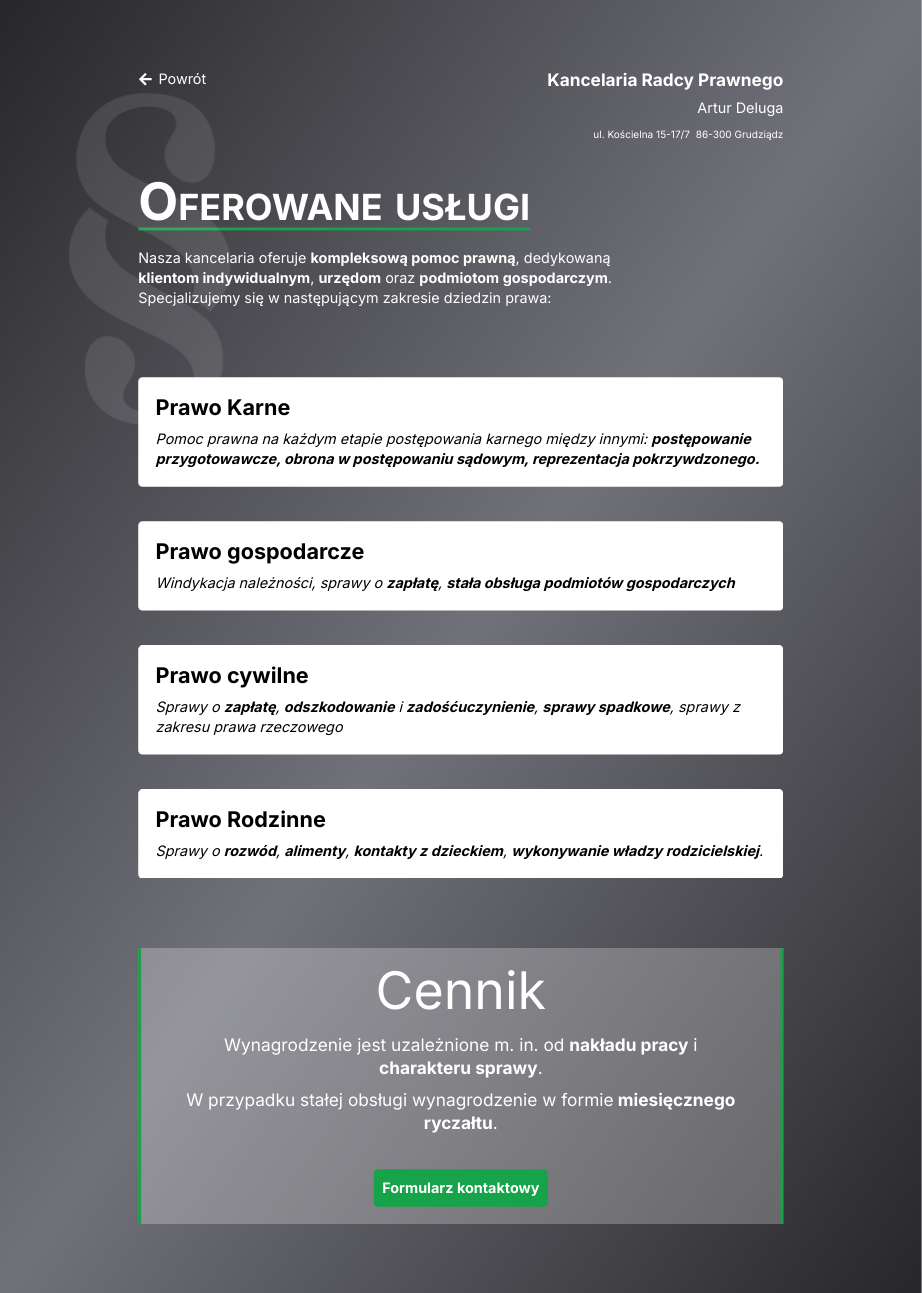
Repository: wesiudev/kancelaria-artur-deluga
Page: /oferta
An editor plug-in stored every save of this project. The page is shown before and after the next save, followed by the edit.
The browser window is 1280 px wide. The pictures show the whole page, at 72% of full size.
The project was rebuilt for these pictures with package versions that can differ from the ones it lists, and the page was loaded fresh each time. The framework's server and built-in components were replaced by stand-ins that run in the browser. Also part of the build but not shown: next.config.js.

Above is the page before, as saved 2023-08-09 17:13:56.

After the next save:
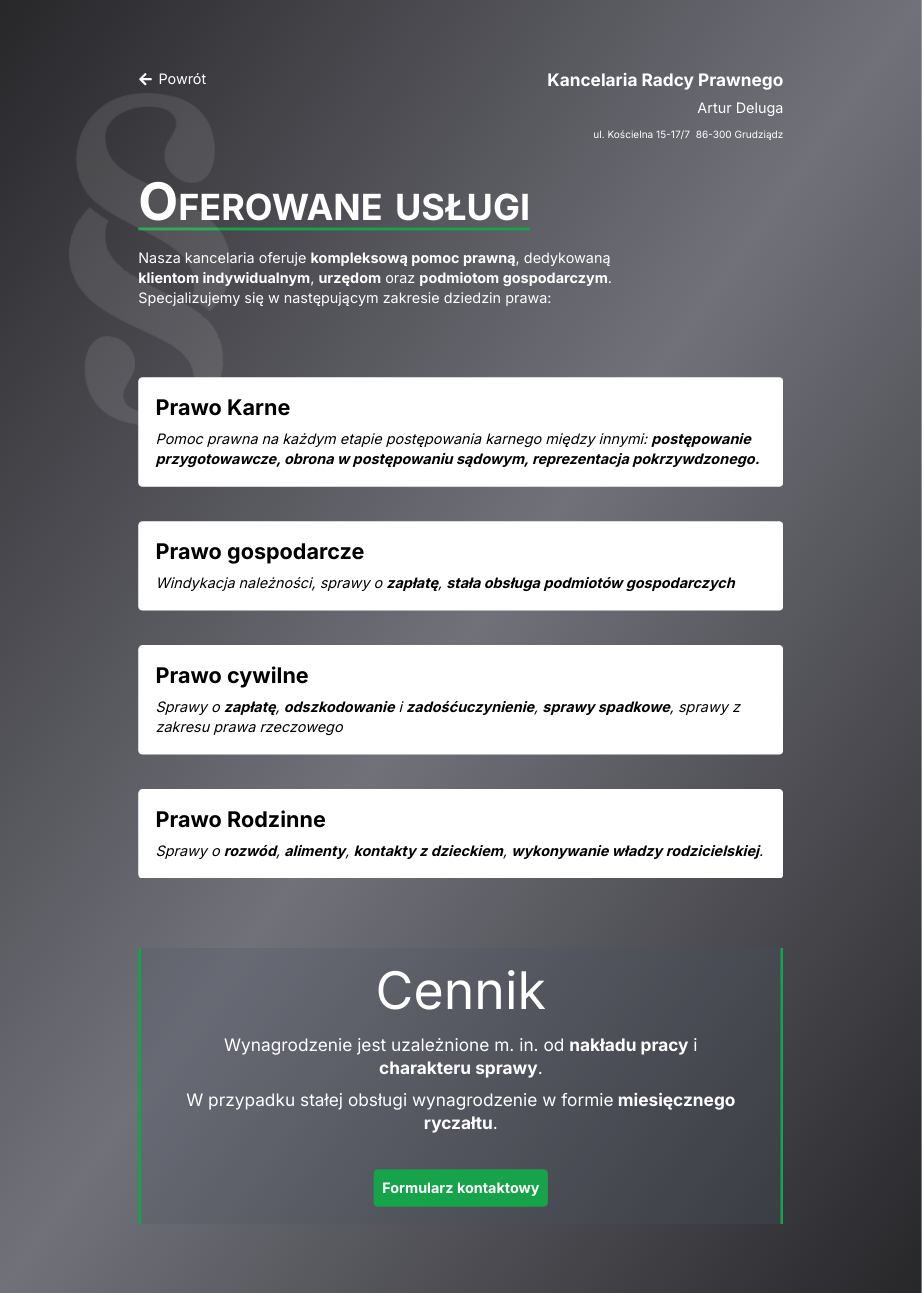
Saved 15 s later.
--- a/app/oferta/page.tsx
+++ b/app/oferta/page.tsx
@@ -137,7 +137,7 @@
               </p>
             </div>
           </div>
-          <div className="text-white flex flex-col h-max my-auto px-3 lg:px-12  text-center relative w-full mt-12  lg:mx-auto lg:mt-24 border-l-4 border-r-4 border-green-600 py-3 lg:py-6 bg-white bg-opacity-25">
+          <div className="text-white flex flex-col h-max my-auto px-3 lg:px-12  text-center relative w-full mt-12  lg:mx-auto lg:mt-24 border-l-4 border-r-4 border-green-600 py-3 lg:py-6 bg-gray-600 bg-opacity-25">
             <h1 className="text-5xl lg:text-7xl ">Cennik</h1>
             <p className="mt-6 text-base lg:text-2xl">
               Wynagrodzenie jest uzależnione m. in. od{" "}

After the save that followed:
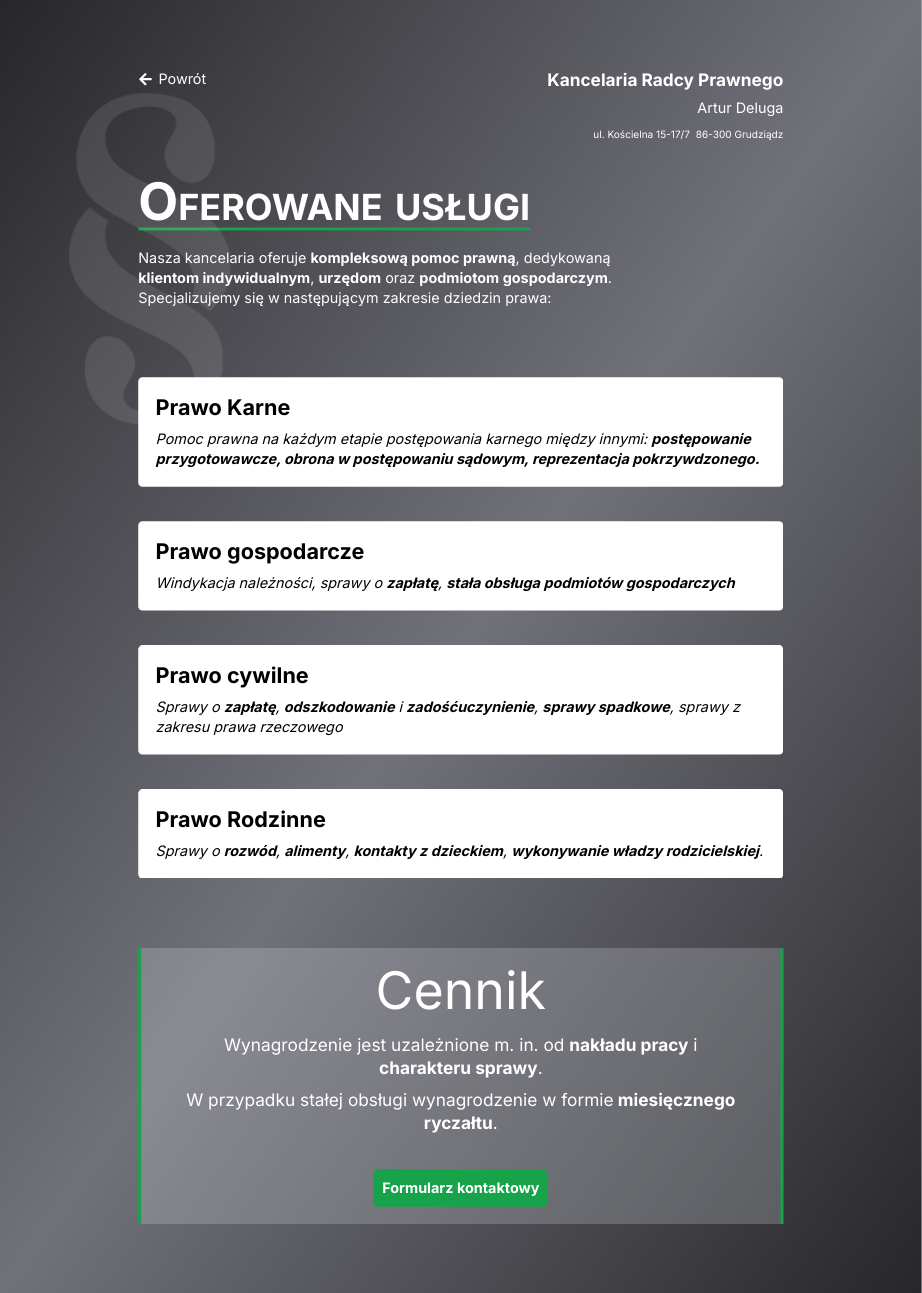
Saved 5 s later.
--- a/app/oferta/page.tsx
+++ b/app/oferta/page.tsx
@@ -137,7 +137,7 @@
               </p>
             </div>
           </div>
-          <div className="text-white flex flex-col h-max my-auto px-3 lg:px-12  text-center relative w-full mt-12  lg:mx-auto lg:mt-24 border-l-4 border-r-4 border-green-600 py-3 lg:py-6 bg-gray-600 bg-opacity-25">
+          <div className="text-white flex flex-col h-max my-auto px-3 lg:px-12  text-center relative w-full mt-12  lg:mx-auto lg:mt-24 border-l-4 border-r-4 border-green-600 py-3 lg:py-6 bg-gray-300 bg-opacity-25">
             <h1 className="text-5xl lg:text-7xl ">Cennik</h1>
             <p className="mt-6 text-base lg:text-2xl">
               Wynagrodzenie jest uzależnione m. in. od{" "}
